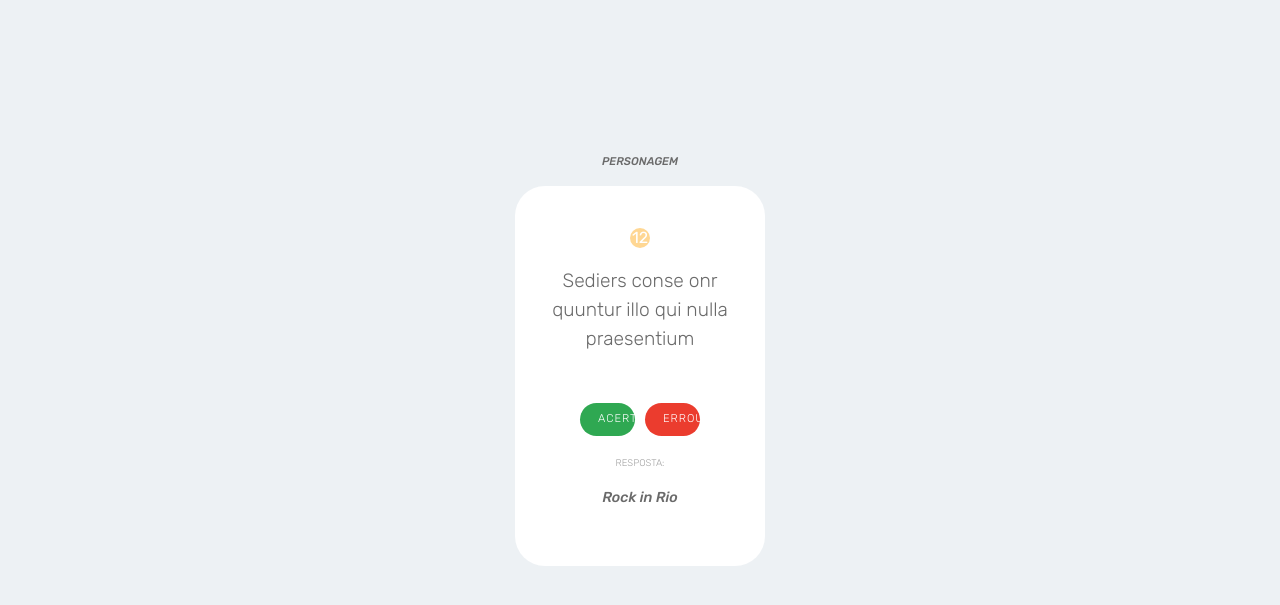
Repository: lucasthaynan/acertai
Page: index.html
The author's editor kept a copy of each file at every save. The page is drawn from the files as they stood at one save, then again after the next save.
The browser window is 1280 px wide. The pictures show the whole page.

Above is the page before, as saved 2024-04-14 20:55:11.

After the next save:
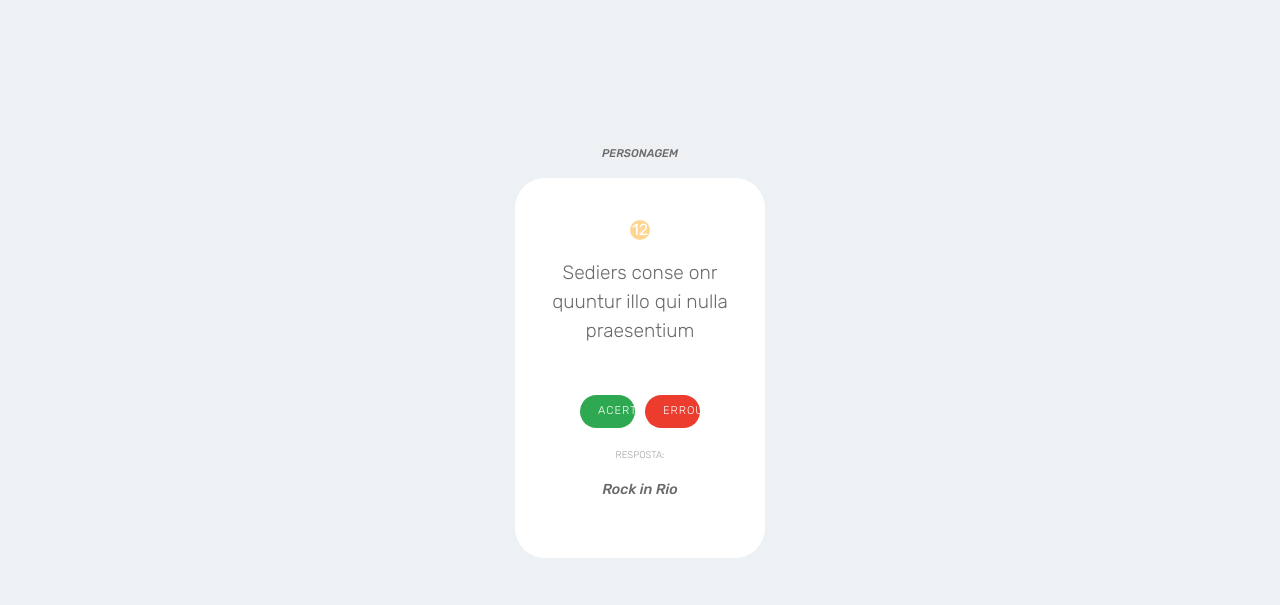
Saved 25 s later.
--- a/index.html
+++ b/index.html
@@ -140,7 +140,9 @@
         </div>
 
         <div class="time-process">
-            <div class=""></div>
+            <div class="progress">
+                <div class="progress-bar progress-bar-striped progress-bar-animated" role="progressbar" aria-valuenow="75" aria-valuemin="0" aria-valuemax="100" style="width: 75%"></div>
+              </div>
         </div>
 
     </section>

After the save that followed:
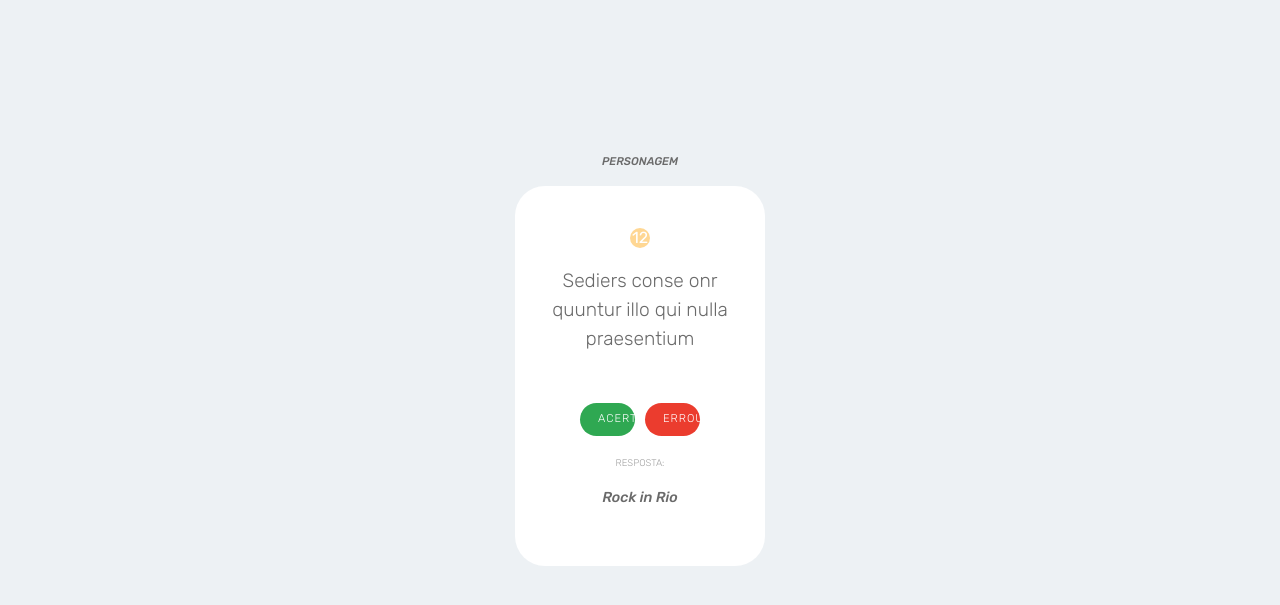
Saved 10 s later.
--- a/index.html
+++ b/index.html
@@ -140,9 +140,7 @@
         </div>
 
         <div class="time-process">
-            <div class="progress">
-                <div class="progress-bar progress-bar-striped progress-bar-animated" role="progressbar" aria-valuenow="75" aria-valuemin="0" aria-valuemax="100" style="width: 75%"></div>
-              </div>
+            <div class=""></div>
         </div>
 
     </section>
